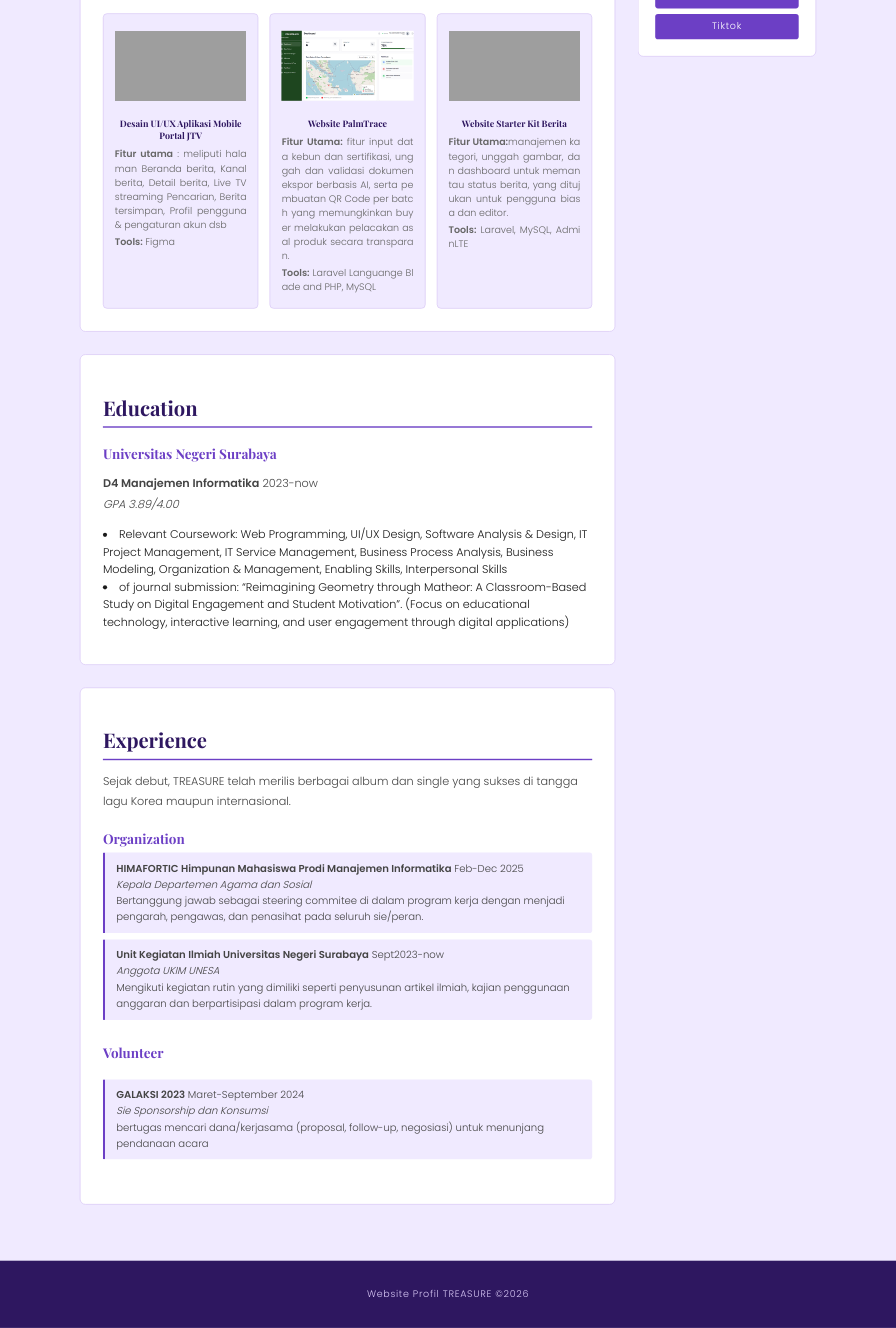
Repository: VergiMutiaRahmasyani/Website-Portofolio
Page: index.html
An editor plug-in stored every save of this project. The page is shown before and after the next save, followed by the edit.
The browser window is 1280 px wide. The pictures show the part of the page from y = 980 to 2900 px (the page is 2877 px tall before and 2900 px after), at 70% of full size.
Pictures or frames that could not be fetched are drawn as grey boxes.

Above is the page before, as saved 2026-03-07 14:42:15.

### index.html
<!DOCTYPE html>
<html>
    <head>
        <meta charset="utf-8" />
        <meta name="viewport" content="width=device-width, initial-scale=1.0" />
        <title>Portofolio Vergi</title>

        <!-- My Own CSS -->
        <link rel="stylesheet" href="css/style.css" />

        <!-- Google Fonts -->
        <link rel="preconnect" href="https://fonts.googleapis.com">
        <link rel="preconnect" href="https://fonts.gstatic.com" crossorigin>
        <link href="https://fonts.googleapis.com/css2?family=Playfair+Display:wght@400;700&family=Poppins:wght@300;400;600&display=swap" rel="stylesheet">
    </head>

    <body>

        <!-- HEADER -->
        <header class="site-header">

            <!-- NAVBAR -->
            <div class="navbar">
                <nav class="nav-list">
                    <ul>
                        <li><a href="#About">About Me</a></li>
                        <li><a href="#Work">Work</a></li>
                        <li><a href="Project">Project</a></li>
                        <li><a href="#Education">Education</a></li>
                        <li><a href="Organization">Organization</a></li>
                        <li><a href="https://drive.google.com/file/d/13-ep7ykiG-k7d2KfzBZSPx55XoqW1qHe/view?usp=sharing" target="_blank"> Resume</a></li>
                    </ul>
                </nav>
            </div>

            <div class="hero">
                <div class="hero-overlay">
                    <h1>Welcome, <br> To My Portofolio!</h1>
                </div>
            </div>

        </header>

        <!-- MAIN -->
        <main>
            <div class="content-wrapper">
                <div id="content">
                    <article id="About">
                        <h2>About Me</h2>
                        <p>
                            Saya seorang mahasiswa semester 6 Program Studi Manajemen Informatika di Universitas Negeri Surabaya, yang memiliki rasa
                            ingin tahu dan semangat yang besar. Dengan memiliki peminatan pada UI/UX Design dan Web Development,
                            saya telah berpengalaman dalam menciptakan solusi digital yang user-friendly dan berdampak. Melalui
                            kombinasi hard skills dan soft skills yang saya miliki, saya siap untuk beradaptasi dan memberikan kontribusi
                            nyata pada setiap proyek yang dijalankan.
                        </p>
                    </article>

                    <article id="Project">
                        <h2>Featured Project</h2>
                        <p>
                            Combination of visual design and code technicality.
                        </p>

                        <div class="project-list">
                            <div class="project-card">
                                <img src="D:\STUPEN\celerates\SUBMISSION\Web Portofolio\img\portaljtv.png" alt="Portal JTV" class="project-img" />
                                <h3>Desain UI/UX Aplikasi Mobile Portal JTV</h3>
                                <p><strong>Fitur utama</strong> : meliputi halaman Beranda berita, Kanal berita, Detail berita, Live TV streaming
                                    Pencarian, Berita tersimpan, Profil pengguna & pengaturan akun dsb</p>
                                <p><strong>Tools:</strong> Figma</p>
                            </div>
                            <div class="project-card">
                                <img src="img/palmtrace website.png" alt="Palm Trace Website" class="project-img"/>
                                <h3>Website PalmTrace</h3>
                                <p><strong>Fitur Utama:</strong>  fitur input data kebun dan sertifikasi, unggah dan validasi dokumen ekspor berbasis
                                    AI, serta pembuatan QR Code per batch yang memungkinkan buyer melakukan pelacakan asal
                                    produk secara transparan.</p>
                                <p><strong>Tools:</strong>  Laravel Languange Blade and PHP, MySQL</p>
                            </div>
                            <div class="project-card">
                                <img src="D:\STUPEN\celerates\SUBMISSION\Web Portofolio\img\starter kit berita.png" alt="Website Berita" class="project-img"/>
                                <h3>Website Starter Kit Berita </h3>
                                <p><strong>Fitur Utama:</strong>manajemen kategori, unggah gambar, dan dashboard untuk memantau status berita, yang
                                    ditujukan untuk pengguna biasa dan editor.</p>
                                <p><strong>Tools:</strong> Laravel, MySQL, AdminLTE</p>
                            </div>
                        </div>
                    </article>

                    <article id="Education">
                        <h2>Education</h2>
                        <h3>Universitas Negeri Surabaya</h3>
                        <p>
                            <strong>D4 Manajemen Informatika</strong>  2023-now
                            <br><em>GPA 3.89/4.00</em>
                            <br>
                        </p>
                        <p>
                            <li > Relevant Coursework: Web Programming, UI/UX Design, Software Analysis & Design, IT Project Management, IT Service Management, Business Process
                                Analysis, Business Modeling, Organization & Management, Enabling Skills, Interpersonal Skills</li>
                            <li> of journal submission: “Reimagining Geometry through Matheor: A Classroom-Based Study on Digital
                                Engagement and Student Motivation”. (Focus on educational technology, interactive learning, and user
                                engagement through digital applications)</li>
                        </p>
                    </article>

                    <article id="pengalaman">
                        <h2>Experience</h2>
                        <p>
                            Sejak debut, TREASURE telah merilis berbagai album dan single yang sukses di tangga lagu Korea maupun internasional.
                        </p>

                        <h3> Organization </h3>
                        <ul class="pengalaman-list">
                            <li>
                                <strong>HIMAFORTIC Himpunan Mahasiswa Prodi Manajemen Informatika</strong>  Feb-Dec 2025
                                <br><em>Kepala Departemen Agama dan Sosial</em>
                                <br>Bertanggung jawab sebagai steering commitee di dalam program kerja dengan menjadi pengarah,
                                pengawas, dan penasihat  pada seluruh sie/peran.
                            </li>
                            <li>
                                <strong>Unit Kegiatan Ilmiah Universitas Negeri Surabaya</strong>  Sept2023-now
                                <br><em>Anggota UKIM UNESA</em>
                                <br>Mengikuti kegiatan rutin yang dimiliki seperti penyusunan artikel ilmiah, kajian penggunaan anggaran
                                dan berpartisipasi dalam program kerja.
                            </li>


                        <h3>Volunteer</h3>
                        <ul class="pengalaman-list">
                            <li>
                                <strong>GALAKSI 2023</strong>  Maret-September 2024
                                <br><em>Sie Sponsorship dan Konsumsi </em>
                                <br> bertugas mencari dana/kerjasama (proposal, follow-up, negosiasi) untuk menunjang pendanaan acara
                            </li>
                    </article>

                </div>

                <!-- ASIDE -->
                <aside>
                    <div class="aside-inner">
                        <h3>Info Singkat</h3>
                        <img src="img/vergi photo.jpeg" alt="Foto Vergi" class="aside-img" />
                        <ul class="aside-info">
                            <li><strong>Debut:</strong> 7 Maret 2026</li>
                            <li><strong>Agensi:</strong> MI Entertainment</li>
                            <li><strong>Member:</strong> 6 orang</li>
                            <li><strong>Fandom:</strong> Vergilicious</li>
                        </ul>

                        <h3>Media Sosial</h3>
                        <ul class="aside-social">
                            <li><a href="https://www.instagram.com/yg_treasure_official/" target="_blank">Instagram</a></li>
                            <li><a href="https://www.youtube.com/@TREASURE" target="_blank">Youtube</a></li>
                            <li><a href="https://tiktok.com/@yg_treasure_tiktok" target="_blank">Tiktok</a></li>
                        </ul>
                    </div>
                </aside>
            </div>

        </main>

        <!-- FOOTER -->
        <footer>
            <p>Website Profil TREASURE &copy;2026 </p>
        </footer>

    </body>
</html>

### css/style.css
*,
*::before,
*::after {
    box-sizing: border-box;
}

/* =====================
   PALET WARNA UNGU
   --ungu-gelap   : #2e1760  (navbar, footer)
   --ungu-utama   : #6c3fc5  (aksen utama)
   --ungu-sedang  : #9b6ee0  (hover, border)
   --ungu-muda    : #d8c8f5  (border ringan)
   --ungu-pucat   : #f0eaff  (background halaman)
   ===================== */

body {
    font-family: 'Poppins', sans-serif;
    font-weight: 300;
    background-color: #f0eaff;
    color: #1a1a1a;
    margin: 0;
}


header.site-header {
    background-color: #2e1760;
    color: white;
}

/* NAVBAR */
header.site-header .navbar {
    padding: 1rem 2rem;
    position: fixed;
    top: 0;
    left: 0;
    right: 0;
    width: 100%;
    z-index: 999;
    background-color: #2e1760;
}

header.site-header .nav-list ul {
    list-style: none;
    padding: 0;
    margin: 0;

    display: flex;
    justify-content: center;
    gap: 2rem;
}

header.site-header .nav-list li a {
    text-decoration: none;
    color: #d8c8f5;
    font-size: 0.9rem;
    font-weight: 400;
    letter-spacing: 1px;
    transition: color 0.2s ease;
}

header.site-header .nav-list li a:hover {
    color: white;
}

/* HERO */
header.site-header .hero {
    position: relative;
    width: 100%;
    height: 370px;
    overflow: hidden;
    margin-top: 57px;
}

header.site-header .hero .hero-overlay {
    position: absolute;
    inset: 0;
    display: flex;
    align-items: center;
    justify-content: center;
}

header.site-header .hero .hero-overlay h1 {
    font-family: 'Playfair Display', serif;
    font-size: 5rem;
    letter-spacing: 10px;
    color: white;
    margin: 0;
    text-align: center;
}


/* =====================
   MAIN & LAYOUT
   ===================== */

main {
    max-width: 1100px;
    margin-inline: auto;
    padding: 2rem 1.5rem;
}

.content-wrapper {
    display: flex;
    gap: 2rem;
    align-items: flex-start;
}

#content {
    flex: 3;

    display: flex;
    flex-direction: column;
    gap: 2rem;
}


/* =====================
   ARTICLE
   ===================== */

article {
    background-color: white;
    border: 1px solid #d8c8f5;
    border-radius: 8px;
    padding: 2rem;
}

article h2 {
    font-family: 'Playfair Display', serif;
    font-size: 1.8rem;
    margin-bottom: 1rem;
    padding-bottom: 0.5rem;
    border-bottom: 2px solid #6c3fc5;
    color: #2e1760;
}

article h3 {
    font-family: 'Playfair Display', serif;
    font-size: 1.2rem;
    margin-top: 1.5rem;
    margin-bottom: 0.5rem;
    color: #6c3fc5;
}

article p {
    line-height: 1.8;
    margin-bottom: 1rem;
    color: #444;
}



/* =====================
   PROJECT CARDS
   ===================== */

.project-list {
    display: flex;
    flex-wrap: wrap;
    gap: 1rem;
    margin-top: 0.5rem;
}

.project-card {
    flex: 1 1 160px;
    background-color: #f0eaff;
    border: 1px solid #d8c8f5;
    border-radius: 6px;
    padding: 1rem;
}

.project-img {
    width: 100%;
    max-width: 250px;
    height: 100px;
    object-fit:cover;
    object-position: top;
    display: block;
    margin: 0.5rem auto 1rem auto;
    border-radius: 0px;
}

.project-card h3 {
    font-size: 0.8rem;
    margin-top: 0.5;
    margin-bottom: 0.5rem;
    text-align: center;
    color: #2e1760;
}

.project-card p {
    font-size: 0.85rem;
    color: #666;
    margin: 0.2rem 0;
    line-height: 1.5;
    text-align: justify;
    text-justify: inter-word;
    word-break: break-all;
}


/* =====================
   ALBUM LIST
   ===================== */

.pengalaman-list {
    list-style: none;
    padding: 0;
    margin: 0.5rem 0 1rem 0;

    display: flex;
    flex-direction: column;
    gap: 0.6rem;
}

.pengalaman-list li {
    padding: 0.7rem 1rem;
    background-color: #f0eaff;
    border-left: 3px solid #6c3fc5;
    border-radius: 0 4px 4px 0;
    font-size: 0.9rem;
    color: #444;
    line-height: 1.6;
}


/* =====================
   ASIDE
   ===================== */

aside {
    flex: 1;
    position: sticky;
    top: 80px;
}

aside .aside-inner {
    background-color: white;
    border: 1px solid #d8c8f5;
    border-radius: 8px;
    padding: 1.5rem;
}

aside h3 {
    font-family: 'Playfair Display', serif;
    font-size: 1.1rem;
    margin-top: 1.2rem;
    margin-bottom: 0.8rem;
    padding-bottom: 0.4rem;
    border-bottom: 1px solid #d8c8f5;
    color: #2e1760;
}

aside h3:first-child {
    margin-top: 0;
}

.aside-img {
    width: 100%;
    max-width: 250px;
    height: 200px;
    object-fit: cover;
    object-position: center;
    display: block;
    margin: 0.5rem auto 1rem auto;
    border-radius: 100px;
}

.aside-info {
    list-style: none;
    padding: 0;
    margin: 0;

    display: flex;
    flex-direction: column;
    gap: 0.4rem;
}

.aside-info li {
    font-size: 0.85rem;
    color: #444;
    line-height: 1.6;
}

.aside-social {
    list-style: none;
    padding: 0;
    margin: 0;

    display: flex;
    flex-direction: column;
    gap: 0.5rem;
}

.aside-social li a {
    display: block;
    text-align: center;
    padding: 0.5rem;
    background-color: #6c3fc5;
    color: white;
    text-decoration: none;
    border-radius: 4px;
    font-size: 0.85rem;
    letter-spacing: 1px;
    transition: background-color 0.2s ease;
}

.aside-social li a:hover {
    background-color: #9b6ee0;
}


/* =====================
   FOOTER
   ===================== */

footer {
    background-color: #2e1760;
    color: #d8c8f5;
    text-align: center;
    padding: 1.5rem;
    margin-top: 3rem;
    font-size: 0.85rem;
    letter-spacing: 1px;
}


/* =====================
   RESPONSIVE
   ===================== */

@media screen and (max-width: 768px) {
    header.site-header .nav-list ul {
        flex-wrap: wrap;
        justify-content: center;
        gap: 0.8rem;
    }

    .content-wrapper {
        flex-direction: column;
    }

    aside {
        position: static;
        width: 100%;
    }

    .project-card {
        flex: 1 1 130px;
    }
}

After the next save:
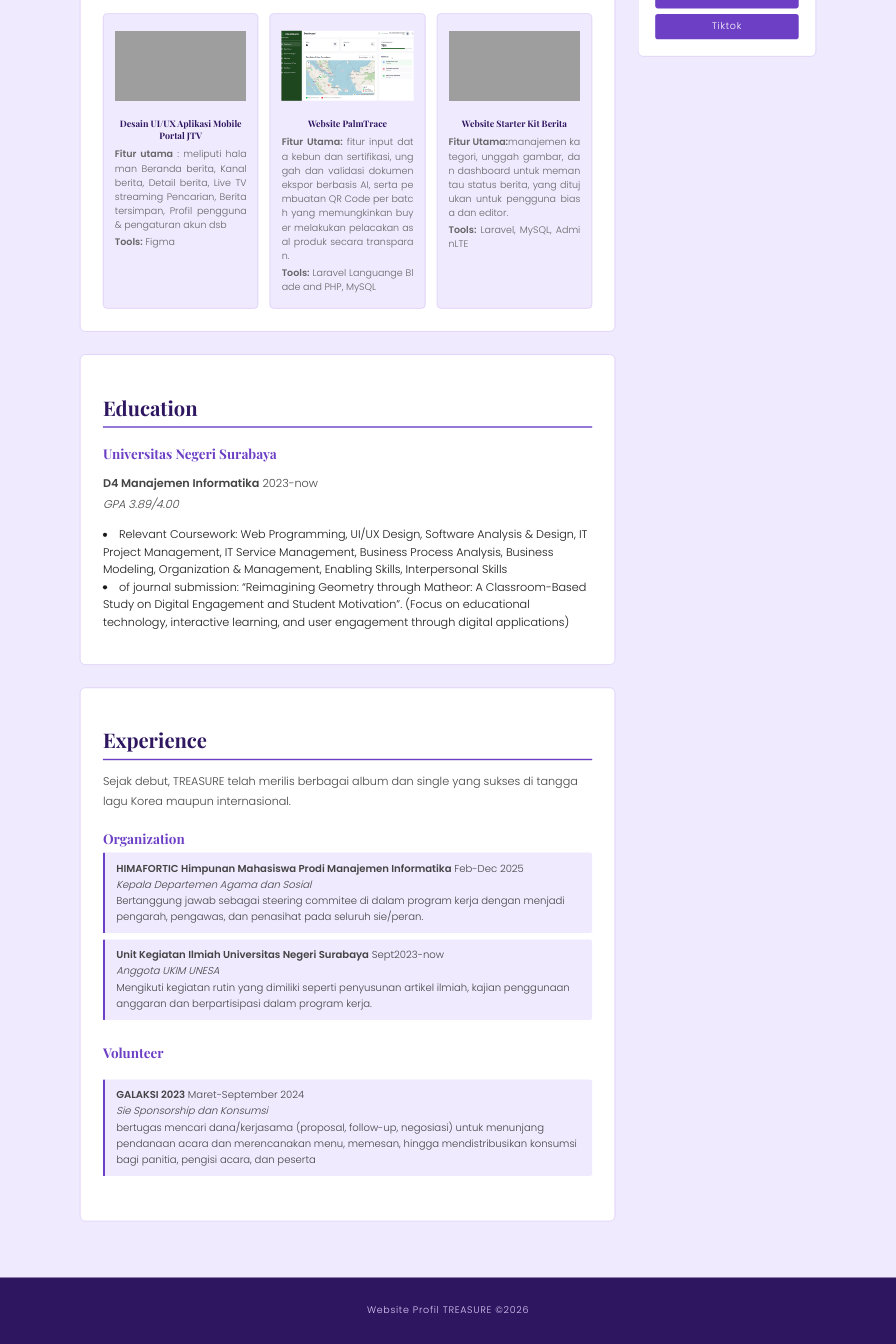
Saved 14 s later.
--- a/index.html
+++ b/index.html
@@ -132,7 +132,7 @@
                             <li>
                                 <strong>GALAKSI 2023</strong>  Maret-September 2024
                                 <br><em>Sie Sponsorship dan Konsumsi </em>
-                                <br> bertugas mencari dana/kerjasama (proposal, follow-up, negosiasi) untuk menunjang pendanaan acara
+                                <br> bertugas mencari dana/kerjasama (proposal, follow-up, negosiasi) untuk menunjang pendanaan acara dan merencanakan menu, memesan, hingga mendistribusikan konsumsi bagi panitia, pengisi acara, dan peserta
                             </li>
                     </article>
 

After the 2 saves that followed:
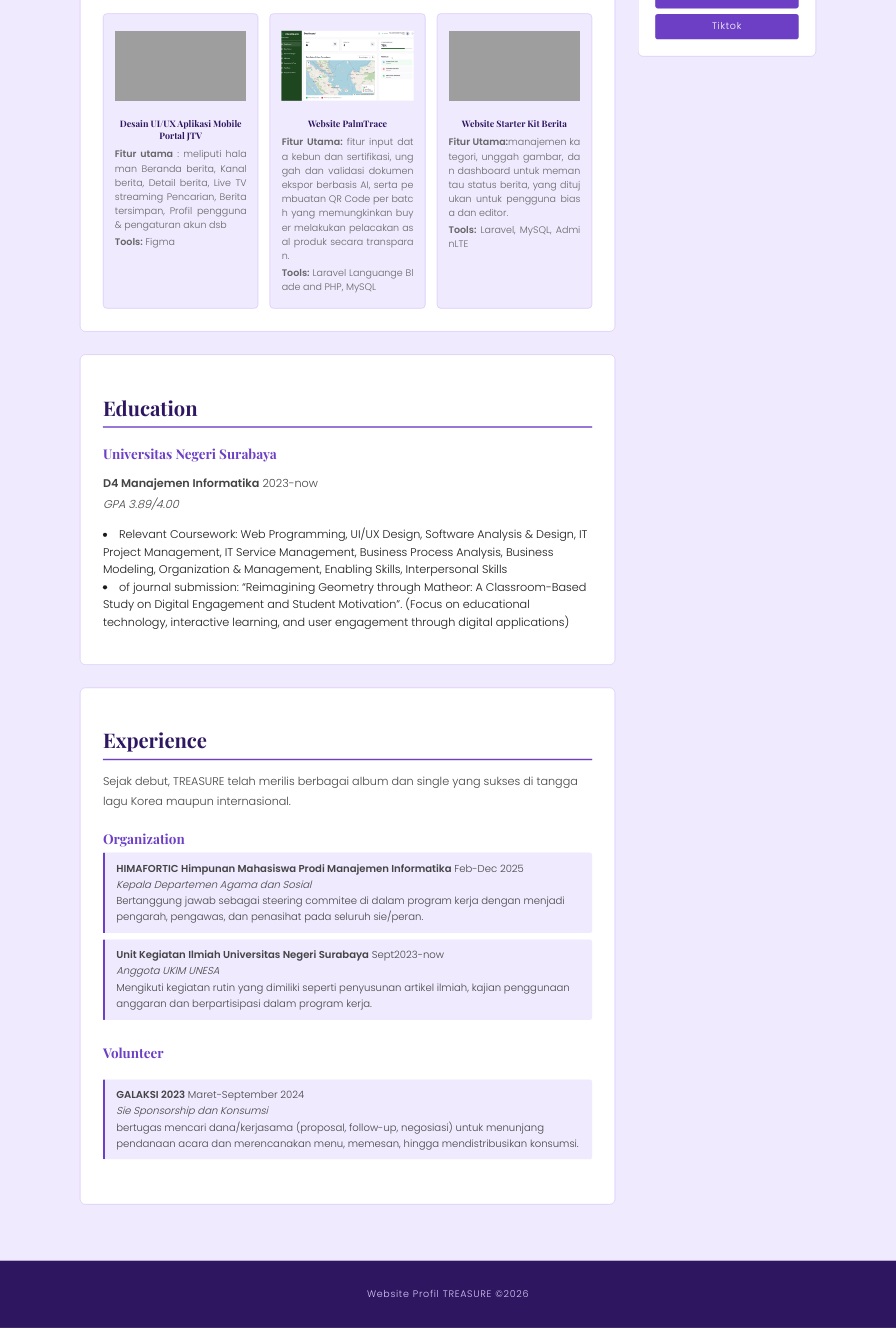
The 2 saves are shown as one change because they came seconds apart.
The last was saved 20 s later.
--- a/index.html
+++ b/index.html
@@ -132,7 +132,7 @@
                             <li>
                                 <strong>GALAKSI 2023</strong>  Maret-September 2024
                                 <br><em>Sie Sponsorship dan Konsumsi </em>
-                                <br> bertugas mencari dana/kerjasama (proposal, follow-up, negosiasi) untuk menunjang pendanaan acara dan merencanakan menu, memesan, hingga mendistribusikan konsumsi bagi panitia, pengisi acara, dan peserta
+                                <br> bertugas mencari dana/kerjasama (proposal, follow-up, negosiasi) untuk menunjang pendanaan acara dan merencanakan menu, memesan, hingga mendistribusikan konsumsi.
                             </li>
                     </article>
 
